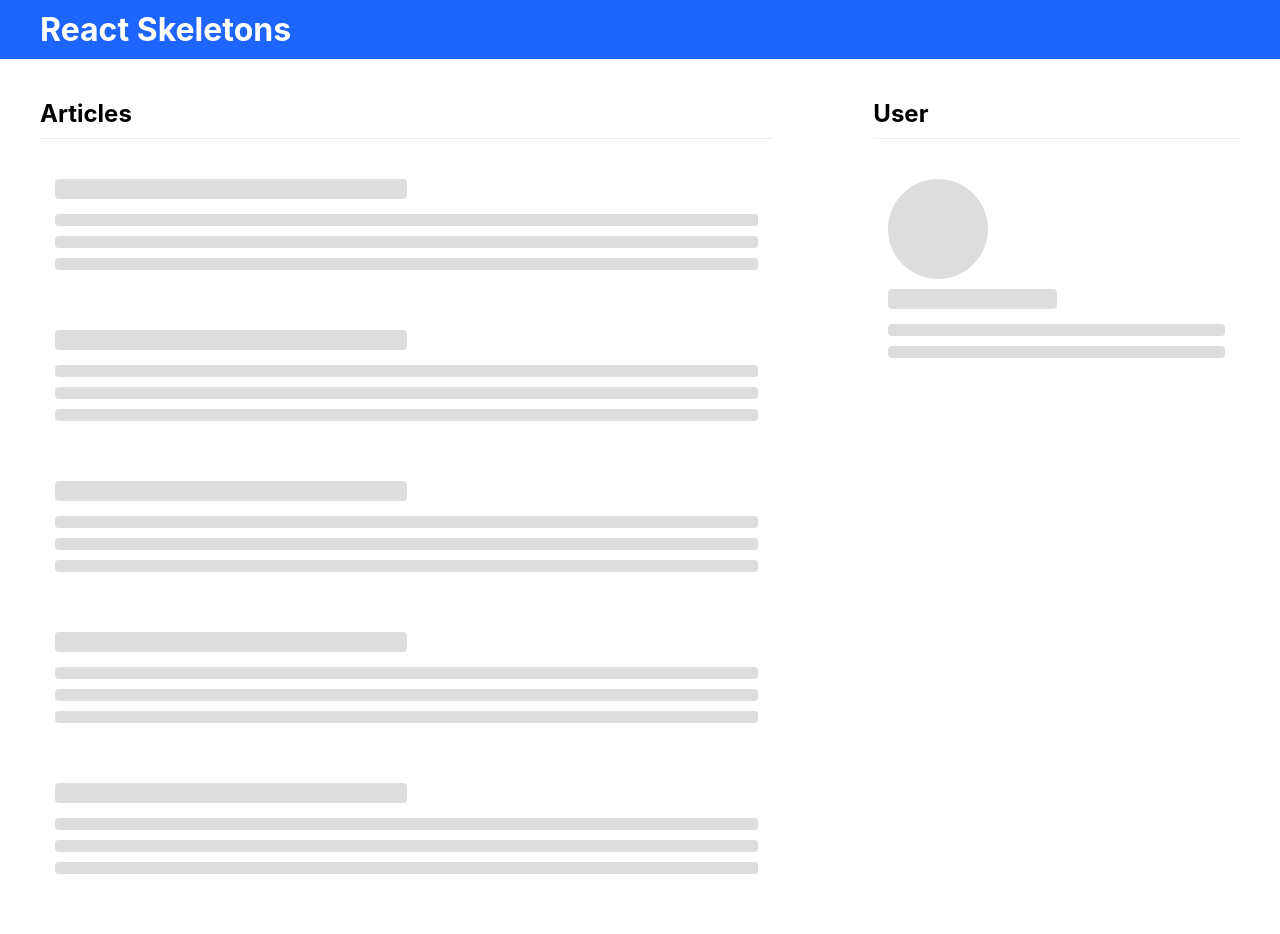
Repository: hwangstar156/React-skeleton-image
Page: /
These files come from the project's save history. The page is drawn as it stood at one moment and after the next save; the edit follows.
The browser window is 1280 px wide. The pictures show the whole page.
The page's requests for data from a server got no answer. The project was rebuilt for these pictures with package versions that can differ from the ones it lists, and the page was loaded fresh each time. No one was signed in, and anything a server would have sent is missing.

Above is the page before, as saved 2021-10-02 01:27:47.

After the next save:
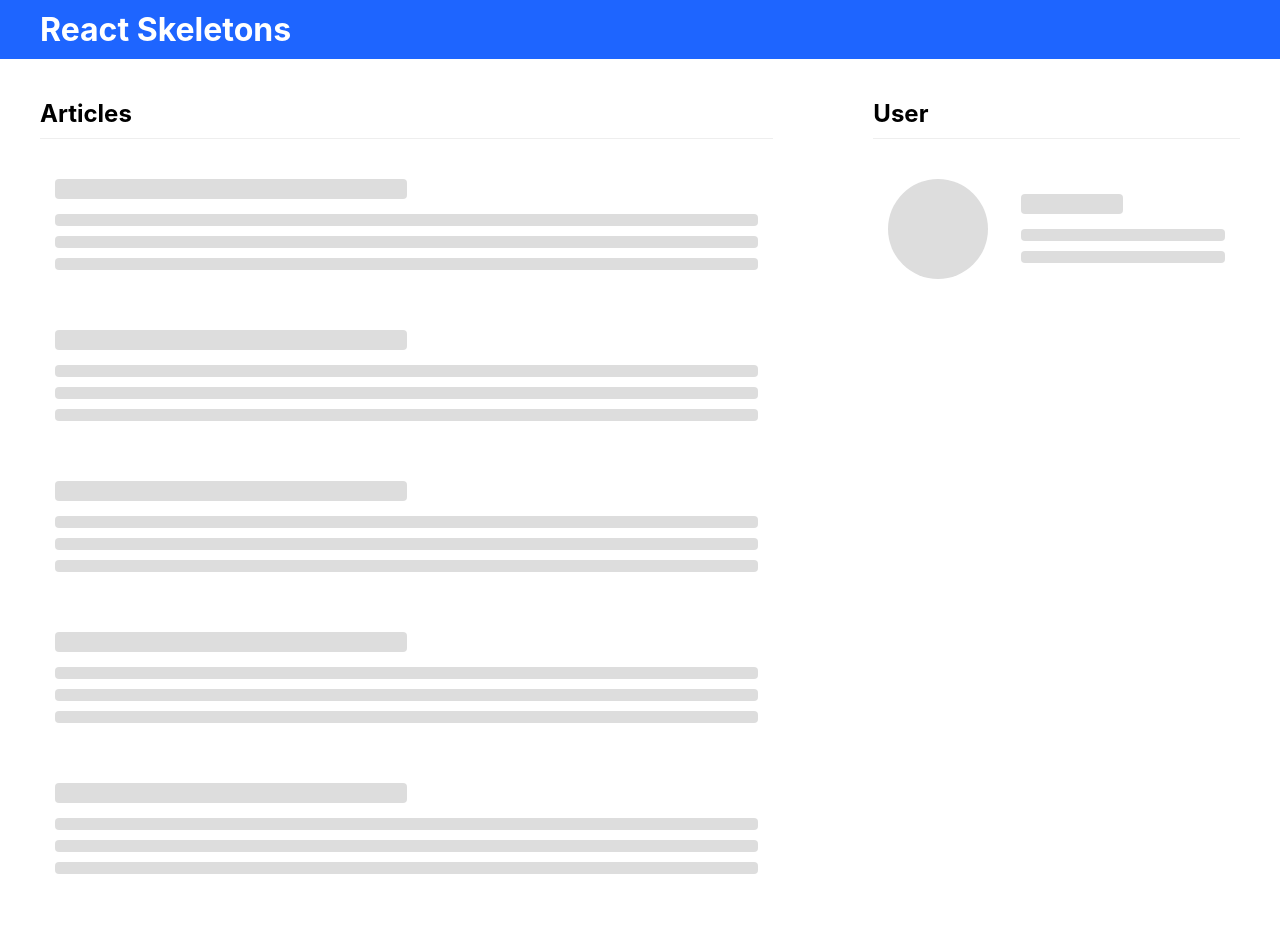
Saved 116 s later.
--- a/src/skeletons/skeleton.css
+++ b/src/skeletons/skeleton.css
@@ -33,3 +33,12 @@
     margin: 20px auto;
     padding : 10px 15px;
 }
+
+/* skeleton profile */
+
+.skeleton-profile {
+    display : grid;
+    grid-template-columns: 1fr 2fr;
+    gap : 30px;
+    align-items: center;
+}
